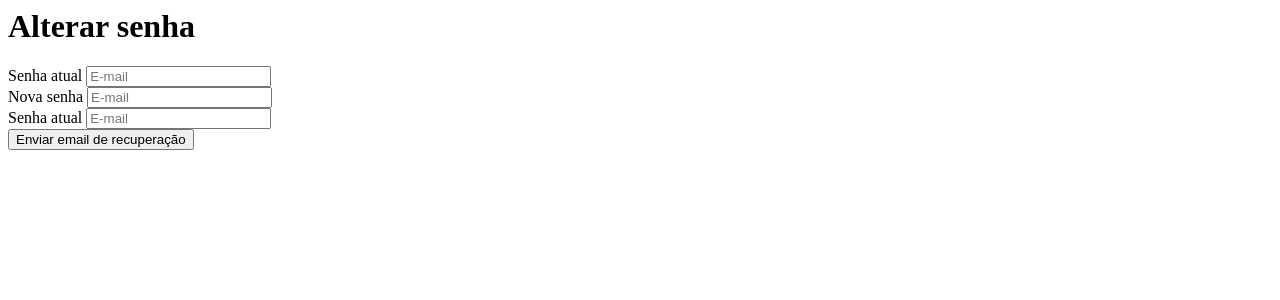
Repository: organicos/organicos.github.io
Page: partials/users/change_password.html
The author's editor kept a record of every edit. The page is drawn from the files as they stood at one moment, then again after the next edit.
The browser window is 1280 px wide. The pictures show the whole page.

Above is the page before.

After the next edit:
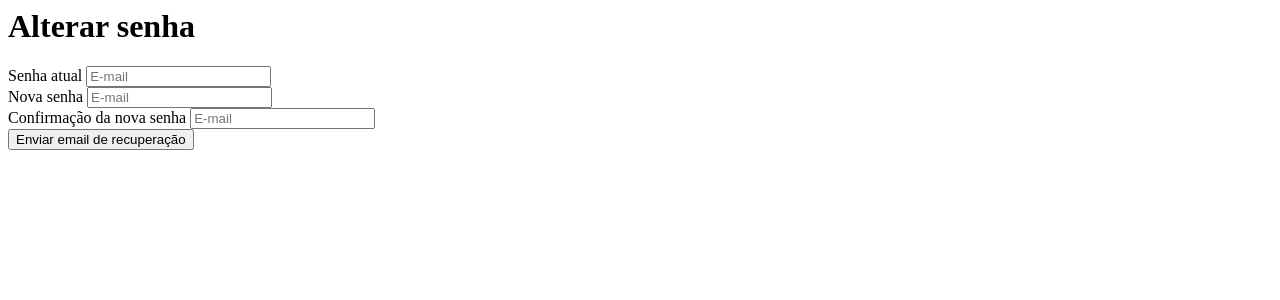
The edit:
--- a/partials/users/change_password.html
+++ b/partials/users/change_password.html
@@ -13,7 +13,7 @@
         <input class="form-control" type="password" id="email" name="email" placeholder="E-mail" ng-model="email">
     </div>
     <div class="form-group">
-        <label for="e-mail">Senha atual</label>
+        <label for="e-mail">Confirmação da nova senha</label>
         <input class="form-control" type="password" id="email" name="email" placeholder="E-mail" ng-model="email">
     </div>
     <div class="form-group">
